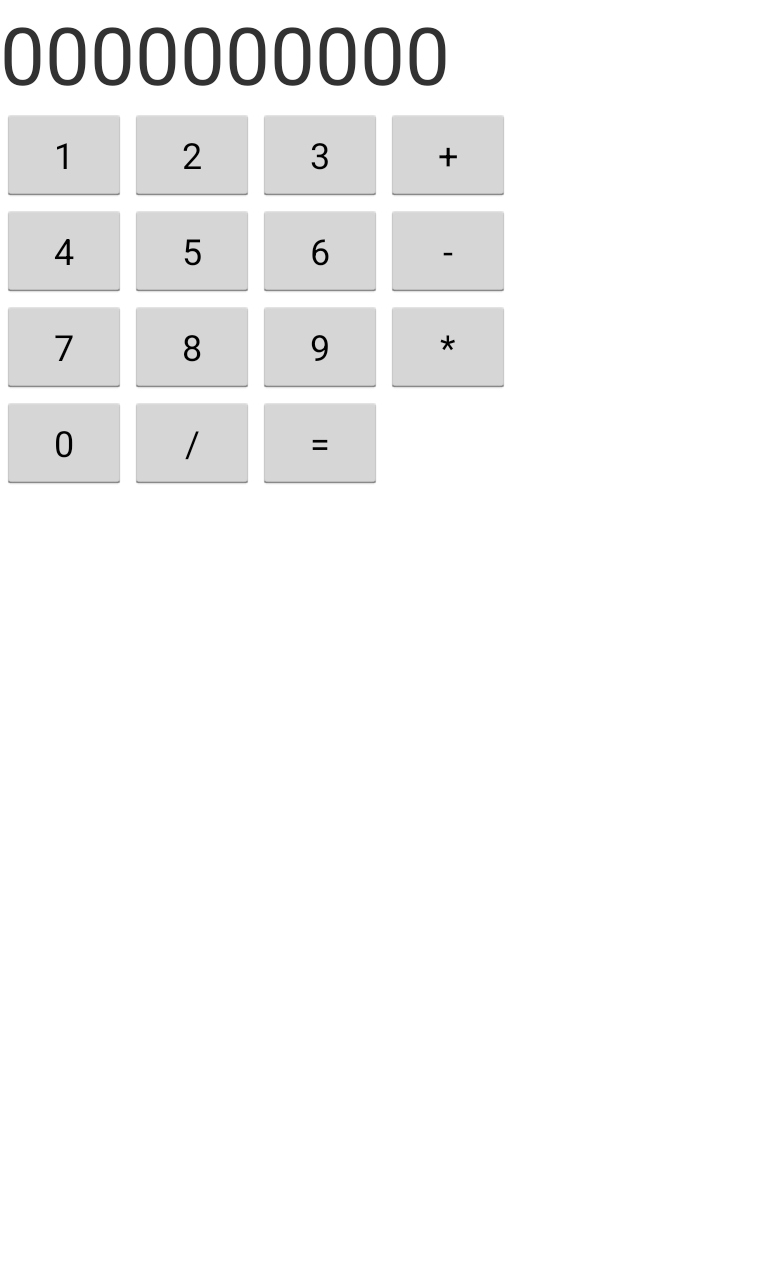
Repository: sfranco/Android
Layout: Calculadora/res/layout/activity_main.xml
These files come from the project's save history. The layout is drawn as it stood at one moment and after the next save; the edit follows.
It is drawn on a 768 x 1280 px phone screen (xhdpi) without system bars, with theme AppTheme; the app's code is not run.

Above is the layout before, as saved 2013-08-23 14:44:23.

### Calculadora/res/layout/activity_main.xml
<LinearLayout xmlns:android="http://schemas.android.com/apk/res/android"
    android:layout_width="match_parent"
    android:layout_height="match_parent"
    android:orientation="vertical" >

    <TextView
        android:id="@+id/solucion"
        android:textSize="40sp"
        android:layout_width="fill_parent"
		android:layout_height="wrap_content"
		android:text="0000000000"
        >
        </TextView>

    <TableLayout
        android:layout_width="fill_parent"
        android:layout_height="fill_parent" >

        <TableRow
            android:id="@+id/num1"
            android:layout_width="wrap_content"
            android:layout_height="wrap_content" >

            <Button
                android:id="@+id/num1"
                android:layout_width="wrap_content"
                android:layout_height="wrap_content"
                android:text="1" />

            <Button
                android:id="@+id/num2"
                android:layout_width="wrap_content"
                android:layout_height="wrap_content"
                android:text="2" />

            <Button
                android:id="@+id/num3"
                android:layout_width="wrap_content"
                android:layout_height="wrap_content"
                android:text="3" />

            <Button
                android:id="@+id/mas"
                android:layout_width="wrap_content"
                android:layout_height="wrap_content"
                android:text="+" />

        </TableRow>

        <TableRow
            android:id="@+id/tableRow2"
            android:layout_width="wrap_content"
            android:layout_height="wrap_content" >

            <Button
                android:id="@+id/num4"
                android:layout_width="wrap_content"
                android:layout_height="wrap_content"
                android:text="4" />

            <Button
                android:id="@+id/num5"
                android:layout_width="wrap_content"
                android:layout_height="wrap_content"
                android:text="5" />

            <Button
                android:id="@+id/num6"
                android:layout_width="wrap_content"
                android:layout_height="wrap_content"
                android:text="6" />

            <Button
                android:id="@+id/resta"
                android:layout_width="wrap_content"
                android:layout_height="wrap_content"
                android:text="-" />

        </TableRow>

        <TableRow
            android:id="@+id/tableRow3"
            android:layout_width="wrap_content"
            android:layout_height="wrap_content" >

            <Button
                android:id="@+id/num7"
                android:layout_width="wrap_content"
                android:layout_height="wrap_content"
                android:text="7" />

            <Button
                android:id="@+id/num8"
                android:layout_width="wrap_content"
                android:layout_height="wrap_content"
                android:text="8" />

            <Button
                android:id="@+id/num9"
                android:layout_width="wrap_content"
            	android:layout_height="wrap_content"
                android:text="9" />

            <Button
                android:id="@+id/multi"
                android:layout_width="wrap_content"
            	android:layout_height="wrap_content"
                android:text="*" />

        </TableRow>

        <TableRow
            android:id="@+id/tableRow4"
            android:layout_width="wrap_content"
            android:layout_height="wrap_content" >

            <Button
                android:id="@+id/num0"
                android:layout_width="125px"
                android:layout_height="wrap_content"
                android:text="0" />

            <Button
                android:id="@+id/division"
                android:layout_width="wrap_content"
                android:layout_height="wrap_content"
                android:text="/" />

            <Button
                android:id="@+id/igual"
                android:layout_width="wrap_content"
                android:layout_height="wrap_content"
                android:text="=" />

        </TableRow>

    </TableLayout>

</LinearLayout>

Loaded but not shown: Calculadora/res/values/styles.xml (common file); Calculadora/res/values-v11/styles.xml (common file); Calculadora/res/values-v14/styles.xml (common file)

After the next save:
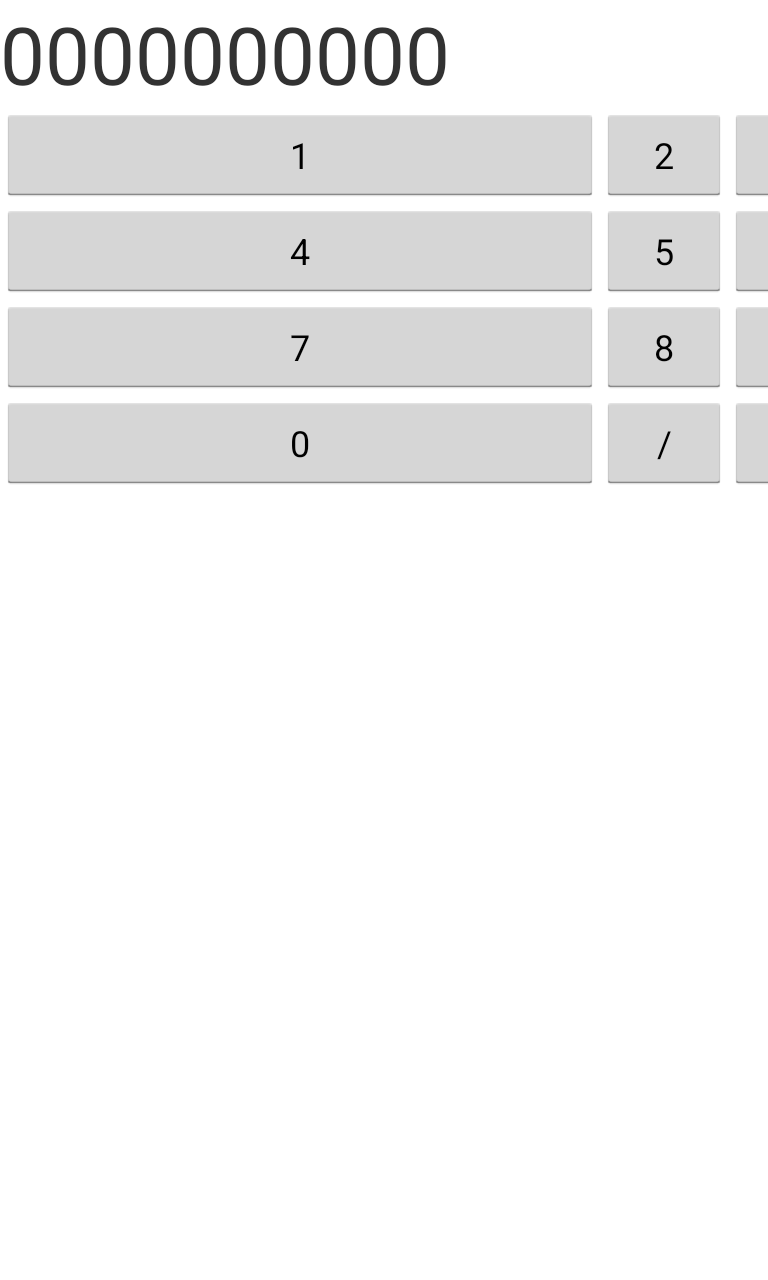
Saved 2 min 10 s later.
--- a/Calculadora/res/layout/activity_main.xml
+++ b/Calculadora/res/layout/activity_main.xml
@@ -116,7 +116,7 @@
 
             <Button
                 android:id="@+id/num0"
-                android:layout_width="125px"
+                android:layout_width="600px"
                 android:layout_height="wrap_content"
                 android:text="0" />
 

After the save that followed:
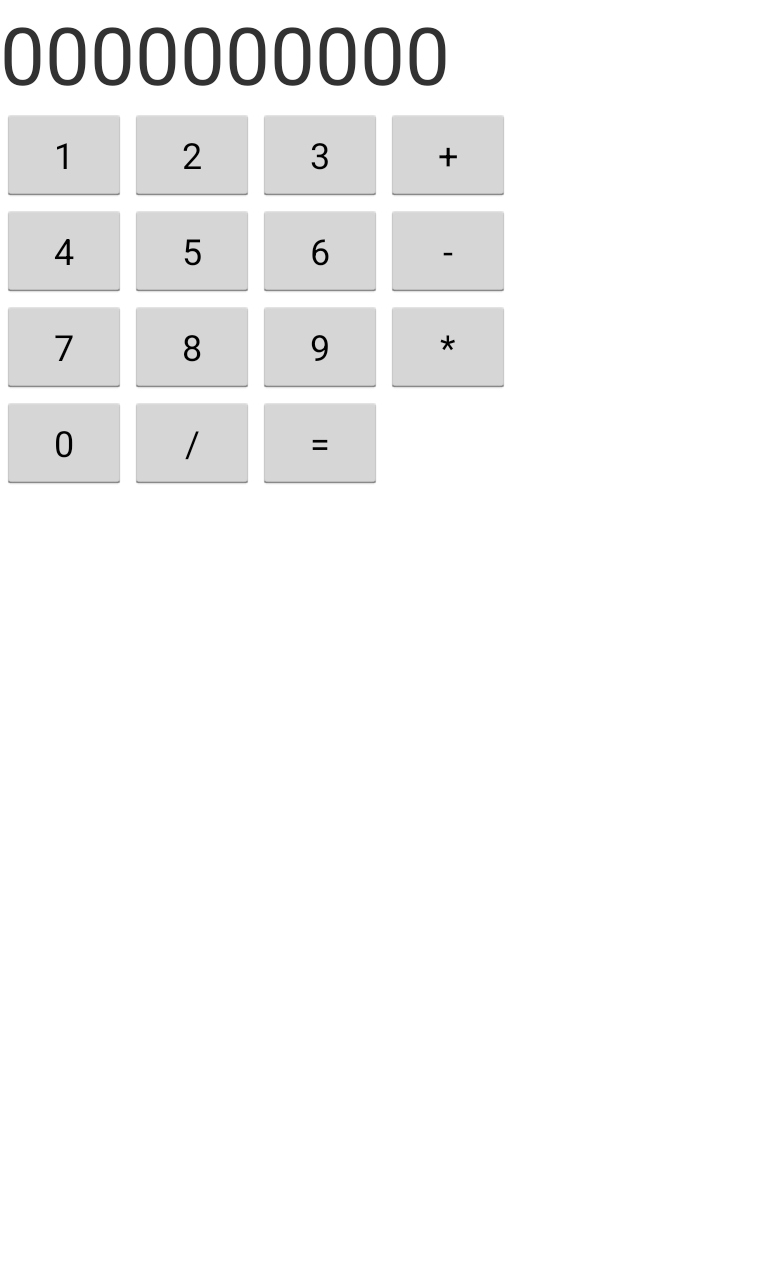
Saved 18 s later.
--- a/Calculadora/res/layout/activity_main.xml
+++ b/Calculadora/res/layout/activity_main.xml
@@ -116,7 +116,7 @@
 
             <Button
                 android:id="@+id/num0"
-                android:layout_width="600px"
+                android:layout_width="wrap_content"
                 android:layout_height="wrap_content"
                 android:text="0" />
 
